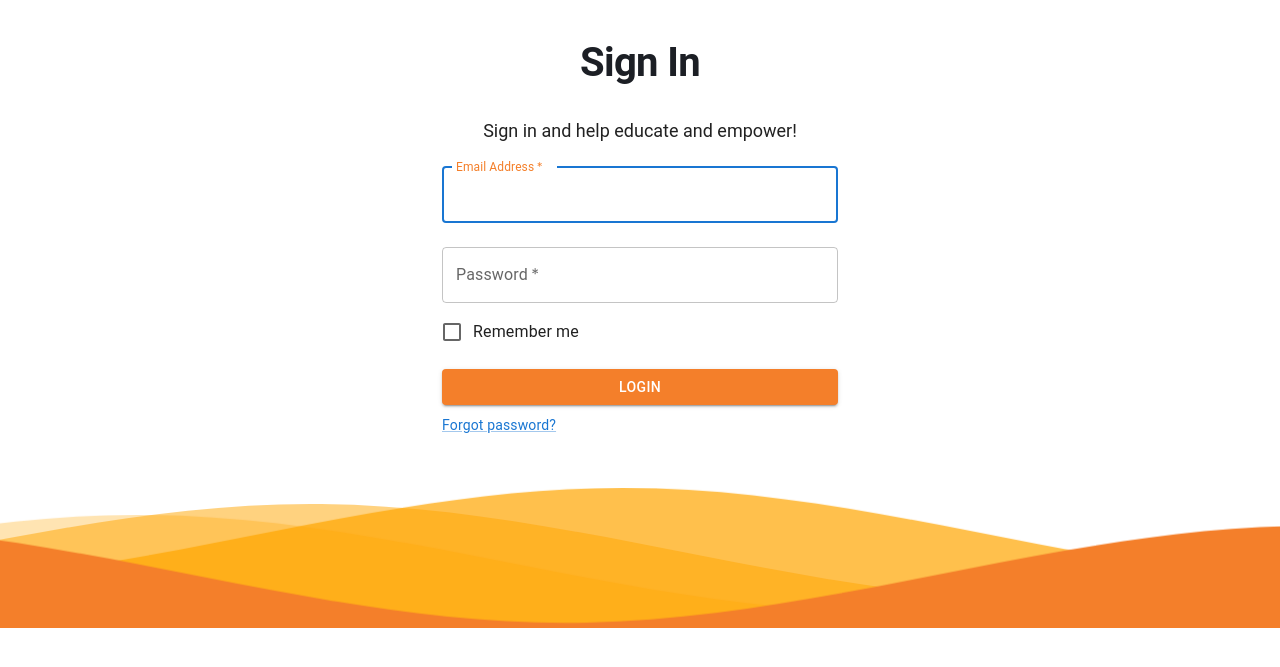
Repository: shubhampirate/Google_Solutions_Edural
Page: /
The author's editor kept a copy of each file at every save. The page is drawn from the files as they stood at one save, then again after the next save.
The browser window is 1280 px wide. The pictures show the whole page.
The project was rebuilt for these pictures with package versions that can differ from the ones it lists, and the page was loaded fresh each time. Some packages were replaced by stand-ins written for this rebuild. Also part of the build but not shown: src/Components/CustomButton.jsx, src/Components/Navbar.jsx, src/Components/Footer.jsx, src/Components/CongratsCard.jsx, src/pages/Hero/Hero.jsx.

Above is the page before, as saved 2024-02-02 20:56:26.

### src/App.jsx
import Hero from "./pages/Hero/Hero";
import SignIn from "./pages/Sign_in";
import {useState} from "react";
function App() {
  return (
    <>
      {/* <Hero />   */}
      <SignIn />
         </>
  );
}

export default App;

### src/pages/Sign_in.jsx
import * as React from 'react';
import Avatar from '@mui/material/Avatar';
import Button from '@mui/material/Button';
import CssBaseline from '@mui/material/CssBaseline';
import TextField from '@mui/material/TextField';
import FormControlLabel from '@mui/material/FormControlLabel';
import Checkbox from '@mui/material/Checkbox';
import Link from '@mui/material/Link';
import Grid from '@mui/material/Grid';
import Box from '@mui/material/Box';
import LockOutlinedIcon from '@mui/icons-material/LockOutlined';
import Typography from '@mui/material/Typography';
import Container from '@mui/material/Container';
import { createTheme, ThemeProvider } from '@mui/material/styles';
import { styled } from "@mui/material";
import Swal from 'sweetalert2';
import CustomButton from "../Components/CustomButton";
// import { useNavigate } from 'react-router-dom';

const defaultTheme = createTheme();

export default function SignIn() {

//   const navigate = useNavigate();

  const handleSubmit = (event) => {
    event.preventDefault();
    const data = new FormData(event.currentTarget);

    const searchData = {
      email: data.get('email'),
      password: data.get('password'),
    }
    console.log({
      email: data.get('email'),
      password: data.get('password'),
    });

    // fetch(`https://wixstocle.pythonanywhere.com/api/login/`, {
    //   method: 'POST',
    //   headers: {
    //     'Content-Type': 'application/json',
    //   },
    //   body: JSON.stringify(searchData),
    // }).then((response) => response.json())
    //   .then((data) => {
    //     // console.log(data);
    //     if (data.status == true) {
    //       Swal.fire({
    //         icon: 'success',
    //         title: 'Successfully Logged In',
    //         showConfirmButton: false,
    //         timer: 3000
    //       })
    //       navigate('/dashboard')
    //     }
    //     else {
    //       Swal.fire({
    //         icon: 'error',
    //         title: data.message,
    //         showConfirmButton: false,
    //         timer: 3000
    //       })
    //     }
    //   })
    //   .catch((error) => {
    //     // console.error(error);
    //   });

  };
  const Title = styled(Typography)(({ theme }) => ({
    fontSize: "40px",
    color: "#000336",
    fontWeight: "bold",
    textAlign: "center",
    margin: theme.spacing(4, 0, 4, 0),
    [theme.breakpoints.down("sm")]: {
      fontSize: "40px",
    },
  }));


  return (
    // <ThemeProvider theme={defaultTheme}>
    //   <Container component="main" maxWidth="xs">
    //     <CssBaseline />
    //     <Box
    //       sx={{
    //         marginTop: 1,
    //         display: 'flex',
    //         flexDirection: 'column',
    //         alignItems: 'center',
    //       }}
    //     >

    //       <Title variant="h1" sx={{ color: "#1C1F25" }}>
    //         Sign In
    //       </Title>
    //       <Typography component="h2" variant="h5" sx={{ fontSize: "18px" }}>
    //         Sign in and help educate and empower !
    //       </Typography>
    //       <Box component="form" onSubmit={handleSubmit} noValidate sx={{ mt: 1 }}>
    //         <TextField
    //           margin="normal"
    //           required
    //           fullWidth
    //           id="email"
    //           label="Email Address"
    //           name="email"
    //           autoComplete="email"
    //           autoFocus
    //         />
    //         <TextField
    //           margin="normal"
    //           required
    //           fullWidth
    //           name="password"
    //           label="Password"
    //           type="password"
    //           id="password"
    //           autoComplete="current-password"
    //         />
    //         <FormControlLabel
    //           control={<Checkbox value="remember" color="primary" />}
    //           label="Remember me"
    //         />
    //         <Button
    //           type="submit"
    //           fullWidth
    //           variant="contained"

    //           sx={{ mt: 2, mb: 1 }}
    //         >
    //           Login
    //         </Button>
    //         <CustomButton
    //         type="submit"
    //           backgroundColor="#F47F2A"
    //           color="#fff"
    //           buttonText="Register"
    //           heroBtn={true}
    //         />
    //         <Grid container>
    //           <Grid item xs>
    //             <Link href="#" variant="body2">
    //               Forgot password?
    //             </Link>
    //           </Grid>

    //         </Grid>
    //       </Box>
    //     </Box>
    //   </Container>
    <ThemeProvider theme={defaultTheme}>
    <Container component="main" maxWidth="xs">
      <CssBaseline />
      <Box
        sx={{
          marginTop: 1,
          display: 'flex',
          flexDirection: 'column',
          alignItems: 'center',
        }}
      >
        <Title variant="h1" sx={{ color: "#1C1F25" }}>
            Sign In
           </Title>
        <Typography component="h2" variant="h5" sx={{ fontSize: "18px" }}>
          Sign in and help educate and empower!
        </Typography>
        <Box component="form" onSubmit={handleSubmit} noValidate sx={{ mt: 1 }}>
          <TextField
            margin="normal"
            required
            fullWidth
            id="email"
            label="Email Address"
            name="email"
            autoComplete="email"
            autoFocus
            sx={{
                '& .MuiOutlinedInput-root': {
                  '&:hover fieldset': {
                    borderColor: "#F47F2A", // Outline color on hover
                  },
                },
                '& .Mui-focused fieldset': {
                  borderColor: "#F47F2A", // Outline color when focused
                },

                '& .MuiInputLabel-root.Mui-focused': {
                  color: "#F47F2A", // Label color when focused
                },
                '& .MuiInputBase-input': {
                  color: "#F47F2A", // Text color
                },
              }}
          />
          <TextField
            margin="normal"
            required
            fullWidth
            name="password"
            label="Password"
            type="password"
            id="password"
            autoComplete="current-password"
            sx={{
                '& .MuiOutlinedInput-root': {
                  '&:hover fieldset': {
                    borderColor: "#F47F2A", // Outline color on hover
                  },
                },
                '& .Mui-focused fieldset': {
                  borderColor: "#F47F2A", // Outline color when focused
                },

                '& .MuiInputLabel-root.Mui-focused': {
                  color: "#F47F2A", // Label color when focused
                },
                '& .MuiInputBase-input': {
                  color: "#F47F2A", // Text color
                },
              }}
          />
          <FormControlLabel
            control={<Checkbox value="remember" color="primary" />}
            label="Remember me"
          />
          <Button
            type="submit"
            fullWidth
            variant="contained"

            sx={{
              mt: 2,
              mb: 1,
              backgroundColor: "#F47F2A", // Background color on hover
                color: "#fff", // Text color on hover
                // borderColor: "#F47F2A", //
              '&:hover': {
                backgroundColor: "#fff", // Background color on hover
                color: "#F47F2A", // Text color on hover
                borderColor: "#F47F2A", // Outline color on hover
              },
            }}
          >
            Login
          </Button>
          <Grid container>
            <Grid item xs>
              <Link href="#" variant="body2">
                Forgot password?
              </Link>
            </Grid>
          </Grid>
        </Box>
      </Box>
    </Container>
    <div style={{ marginTop: "2.5rem", marginBottom: "-1rem" }}>
  <svg
    style={{
      position: 'relative',
      width: '100%',
      height: '21vh',
    }}
    xmlns="http://www.w3.org/2000/svg"
    xmlnsXlink="http://www.w3.org/1999/xlink"
    viewBox="0 24 150 28"
    preserveAspectRatio="none"
    shapeRendering="auto"
  >
    <defs>
      <path
        id="gentle-wave"
        d="M-160 44c30 0 58-18 88-18s 58 18 88 18 58-18 88-18 58 18 88 18 v44h-352z"
      />
    </defs>
    <g className="parallax">
      <use xlinkHref="#gentle-wave" x="48" y="0" fill="rgba(255,165,0,0.7)" />
      <use xlinkHref="#gentle-wave" x="48" y="3" fill="rgba(255,165,0,0.5)" />
      <use xlinkHref="#gentle-wave" x="48" y="5" fill="rgba(255,165,0,0.3)" />
      <use xlinkHref="#gentle-wave" x="48" y="7" fill="#F47F2A" />
    </g>
  </svg>
  <style>
    {`
      .parallax > use {
        animation: move-forever 25s cubic-bezier(.55,.5,.45,.5) infinite;
      }
      .parallax > use:nth-child(1) {
        animation-delay: -2s;
        animation-duration: 7s;
      }
      .parallax > use:nth-child(2) {
        animation-delay: -3s;
        animation-duration: 10s;
      }
      .parallax > use:nth-child(3) {
        animation-delay: -4s;
        animation-duration: 13s;
      }
      .parallax > use:nth-child(4) {
        animation-delay: -5s;
        animation-duration: 20s;
      }
      @keyframes move-forever {
        0% {
          transform: translate3d(-90px,0,0);
        }
        100% {
          transform: translate3d(85px,0,0);
        }
      }
      @media (max-width: 768px) {
        .waves {
          height: 40px;
          min-height: 40px;
        }
      }
    `}
  </style>
</div>


    </ThemeProvider>
  );
}

Loaded but not shown: public/index.html (common file); src/index.js (common file); src/index.css (common file)

After the next save:
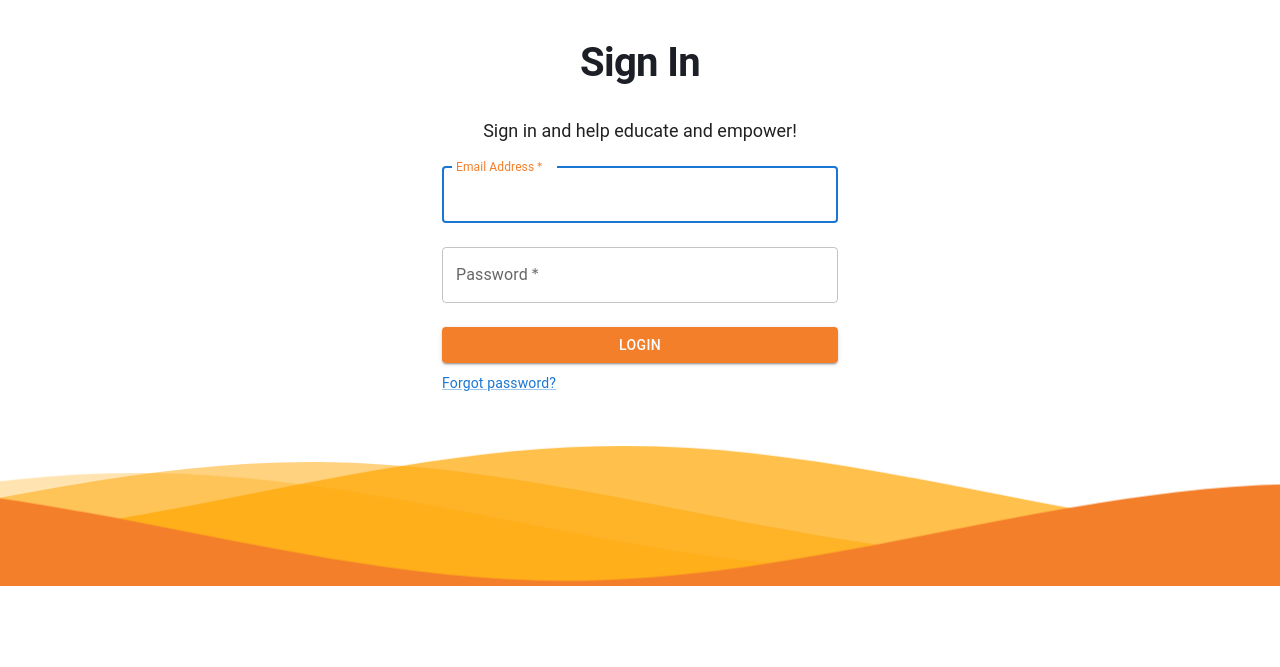
Saved 24 s later.
--- a/src/pages/Sign_in.jsx
+++ b/src/pages/Sign_in.jsx
@@ -223,10 +223,10 @@ export default function SignIn() {
                 },
               }}
           />
-          <FormControlLabel
+          {/* <FormControlLabel
             control={<Checkbox value="remember" color="primary" />}
             label="Remember me"
-          />
+          /> */}
           <Button
             type="submit"
             fullWidth
